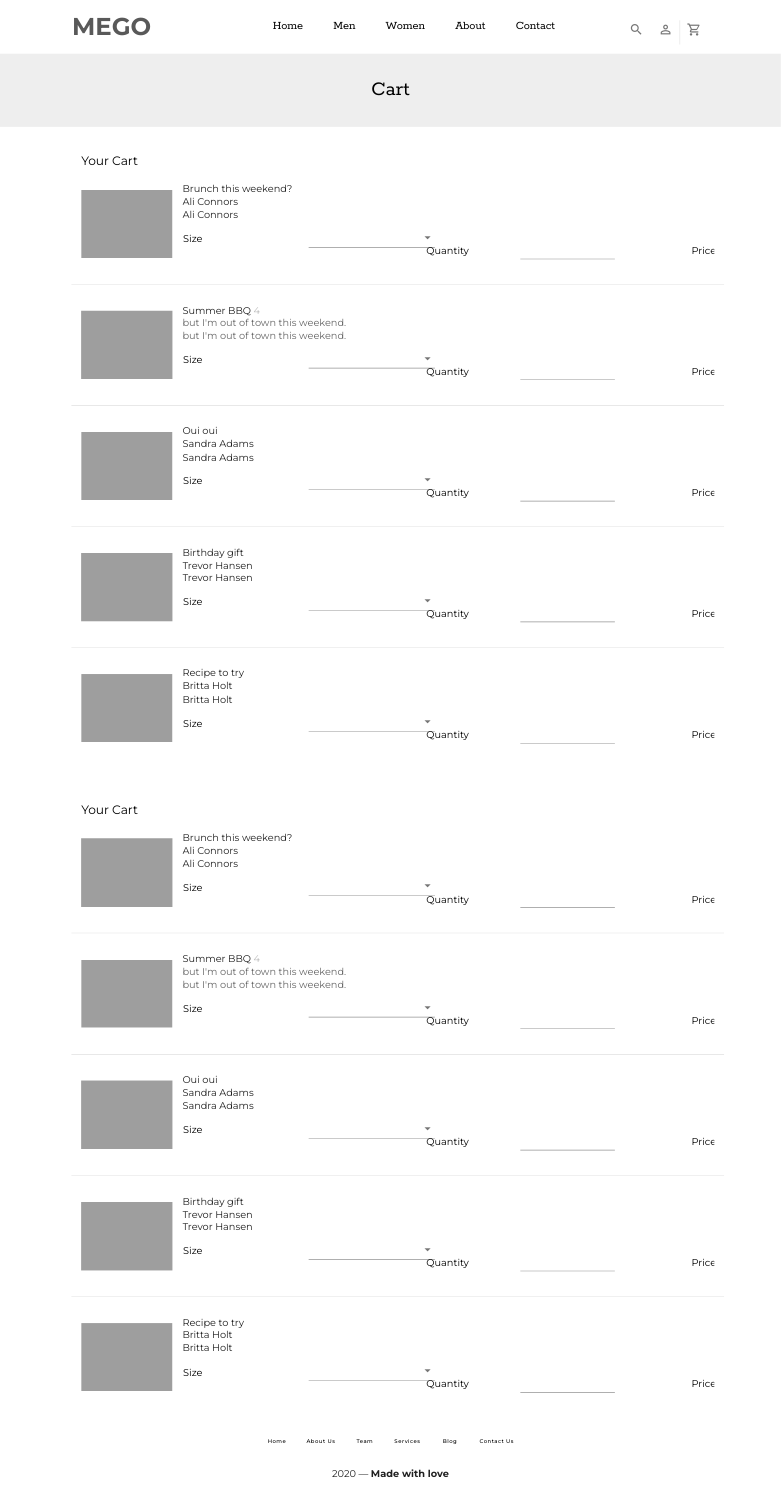
Repository: nguyenphuong152/mego-frontend
Page: /cart (app in frontend/)
An editor plug-in stored every save of this project. The page is shown before and after the next save, followed by the edit.
The browser window is 1280 px wide. The pictures show the whole page, at 61% of full size.
Pictures or frames that could not be fetched are drawn as grey boxes. The project was rebuilt for these pictures with package versions that can differ from the ones it lists, and the page was loaded fresh each time. Also part of the build but not shown: frontend/vue.config.js, frontend/src/components/Customer/Collection.vue, frontend/src/components/Customer/Banner.vue, frontend/src/components/Customer/BestSeller.vue, frontend/src/components/Customer/Partner.vue, frontend/src/views/Customer/Home.vue, frontend/src/components/Customer/ProductCategory.vue, frontend/src/components/Customer/ProductView.vue and 10 more. Imported but missing from the stored project, and not drawn on this page: frontend/src/views/Admin/Category.vue, frontend/src/views/Admin/ManageProduct.vue, frontend/src/views/Admin/ManageUser.vue, frontend/src/views/Admin/OrderList.vue.

Above is the page before, as saved 2020-11-26 16:32:22.

After the next save:
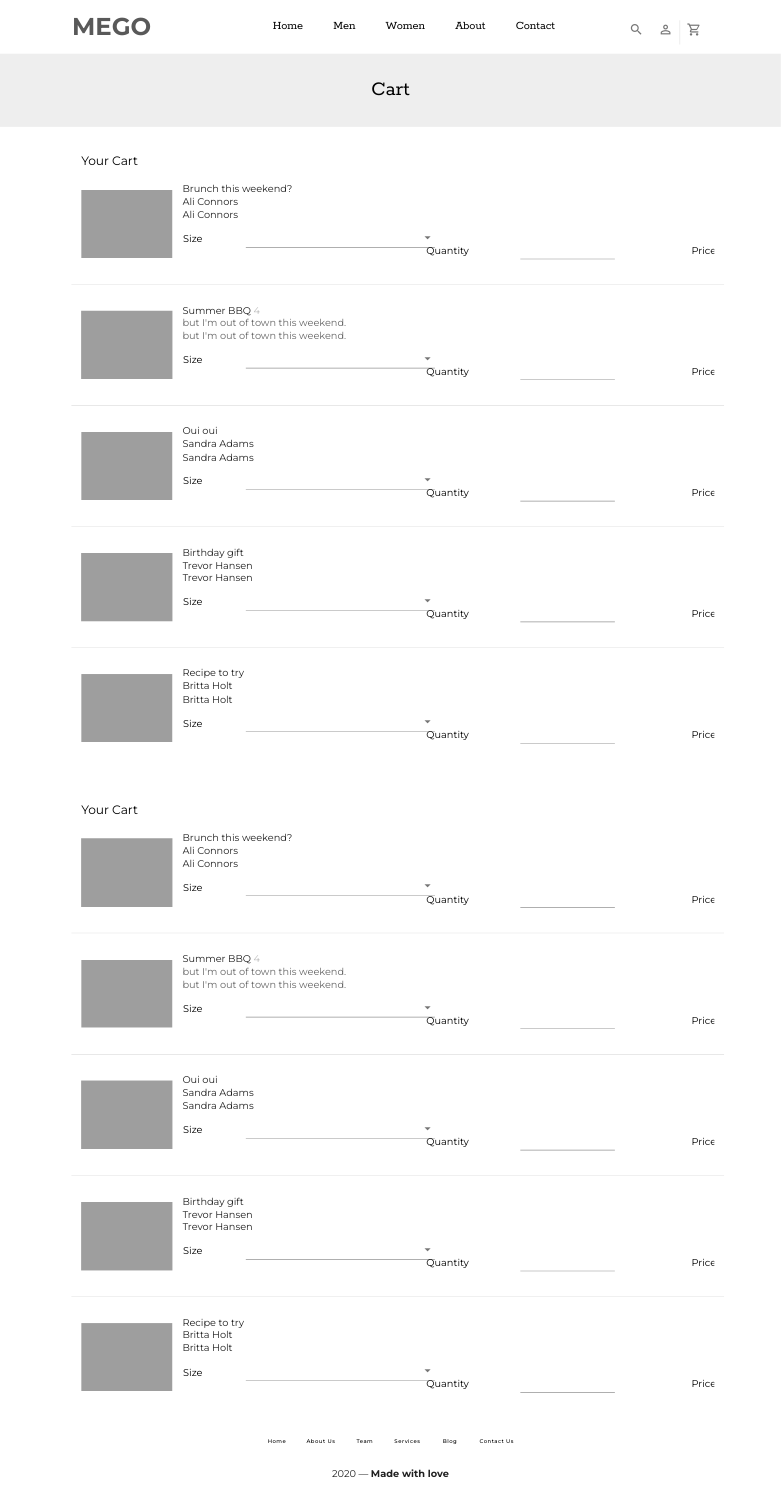
Saved 45 s later.
--- a/frontend/src/components/Customer/TotalProducts.vue
+++ b/frontend/src/components/Customer/TotalProducts.vue
@@ -27,7 +27,7 @@
               v-html="item.subtitle"
             ></v-list-item-subtitle>
             <v-row class="pl-4 d-flex align-center">
-              <v-col class="pa-0 admin">
+              <v-col class="pa-0 admin" cols="3">
                 <a>Size</a>
               </v-col>
               <v-col class="pa-0 admin text-start">
